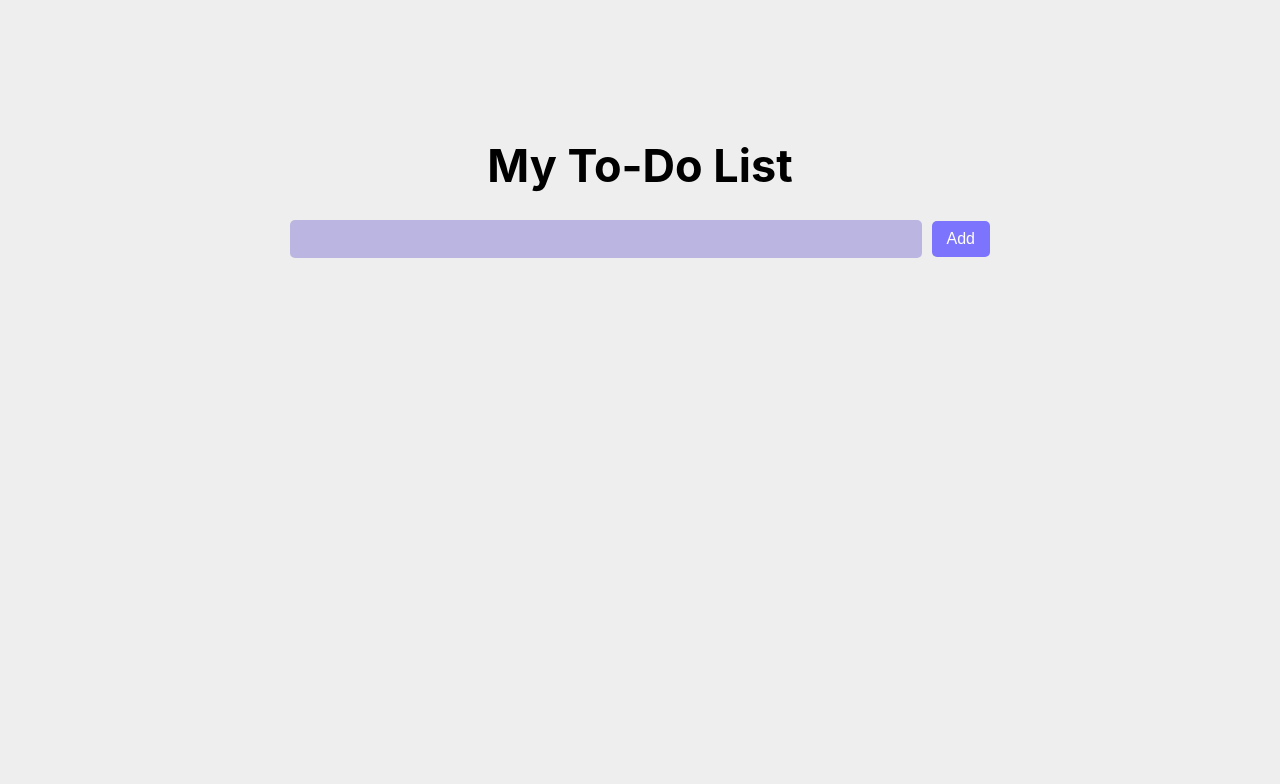
Repository: bianphang/todo-list_vanilla-js
Page: index.html
The author's editor kept a copy of each file at every save. The page is drawn from the files as they stood at one save, then again after the next save.
The browser window is 1280 px wide. The pictures show the whole page.

Above is the page before, as saved 2024-06-10 15:11:43.

### index.html
<!DOCTYPE html>
<html lang="en">
  <head>
    <meta charset="UTF-8" />
    <meta name="viewport" content="width=device-width, initial-scale=1.0" />
    <title>Todo List</title>
    <link rel="stylesheet" href="styles.css" />
  </head>
  <body>
    <div class="container">
      <h1 class="title">My To-Do List</h1>
      <form class="form" id="addForm">
        <input class="input" id="addInput" type="text" />
        <button class="btn">Add</button>
      </form>
      <ul class="todo-list" id="todoList"></ul>
    </div>
    <script src="script.js"></script>
  </body>
</html>

### styles.css
body {
  font-family: Inter, system-ui, Avenir, Helvetica, Arial, sans-serif;
  line-height: 1.5;
  font-weight: 400;

  color-scheme: light dark;
  color: #000;
  background-color: #eeeeee;
  max-width: 1280px;
  min-height: 100vh;
  margin: 0 auto;
  padding: 2rem;
  text-align: center;
}

.container {
  max-width: 700px;
  padding: 20px;
  position: relative;
  top: 50px;
  left: 50%;
  transform: translate(-50%, 0);
}

.title {
  font-size: 45px;
  text-align: center;
  margin-bottom: 20px;
}

.todo-list {
  min-height: 200px;
  list-style: none;
  padding: 0;
  margin-top: 50px;
}

.todo-item {
  display: flex;
  justify-content: space-between;
  align-items: center;

  max-width: 100%;
  padding: 10px;
  margin-bottom: 10px;
  font-size: 16px;
  border-radius: 10px;
  border: 2px solid #6c63ff;
  background-color: rgba(108, 99, 205, 0.4);
}

.todo-item .todo-label {
  flex: 1;
  font-size: 20px;
  text-align: left;
  color: black;
}

.todo-item .todo-action {
  display: flex;
  gap: 10px;
}

.form {
  width: 100%;
  display: flex;
  align-items: center;
  gap: 10px;
}

.input {
  background-color: rgba(108, 99, 205, 0.4);
  color: #000;
  flex: 1;
  padding: 10px;
  font-size: 16px;
  border-radius: 5px;
  border: none;
}

.btn {
  height: 36px;
  padding: 0 15px;
  font-size: 16px;
  color: #fff;
  background-color: #7c74fd;
  border-radius: 5px;
  border: none;
  cursor: pointer;
}

.btn:hover {
  opacity: 0.7;
}

.btn.btn-edit {
  background-color: #d3c11f;
}

.btn.btn-delete {
  background-color: #bf1627;
}

.btn.btn-done {
  background-color: #09a72e;
}

.todo-item.done {
  background-color: #585858;
}

.todo-item.done .todo-label {
  text-decoration: line-through;
  color: #fff;
}

.todo-item.done .btn-done {
  background-color: #d3c11f;
}

### script.js
let todos = [];

/*--- HANDLE ADD FORM ---*/
const addInputNode = document.getElementById('addInput');
const addFormNode = document.getElementById('addForm');
addFormNode.addEventListener('submit', (event) => {
  event.preventDefault();
  if (addInputNode.value) {
    addTodo(addInputNode.value);
    addInputNode.value = '';
  }
});

function addTodo(addedValue) {
  const newTodo = {
    id: Date.now(),
    label: addedValue,
    isDone: false,
  };
  todos.unshift(newTodo);
  renderTodos();
}
/*-----------------------*/

/*--- HANDLE RENDER TODO-ITEMS ---*/
function renderTodos() {
  // create todo list node
  const todoListNode = document.getElementById('todoList');
  todoListNode.innerHTML = '';

  // loop through "todos" array to handle render todo-items
  todos.forEach((todo) => {
    // this is todo-item's keys
    const { id, label, isDone, isEditting } = todo || {};

    // todoItemNode: wrap toto-item content
    const todoItemNode = document.createElement('li');
    todoItemNode.className = `todo-item ${isDone ? 'done' : ''}`;
    todoItemNode.id = id;

    // labelNode: render todo-item label
    const labelNode = document.createElement('span');
    labelNode.className = 'todo-label';
    labelNode.innerText = label;

    // actionNode: wrap todo-item actions
    const actionNode = document.createElement('div');
    actionNode.className = 'todo-action';

    // deleteBtnNode: button handle delete action
    const deleteBtnNode = document.createElement('button');
    deleteBtnNode.className = 'btn btn-delete';
    deleteBtnNode.innerText = 'Delete';
    deleteBtnNode.addEventListener('click', (event) => {
      event.preventDefault();
      deleteTodo(id);
    });

    // editBtnNode: button handle edit action
    const editBtnNode = document.createElement('button');
    editBtnNode.className = 'btn btn-edit';
    editBtnNode.innerText = 'Edit';
    editBtnNode.addEventListener('click', (event) => {
      event.preventDefault();
      toggleEditView(id);
    });

    // doneBtnNode: button handle done action
    const doneBtnNode = document.createElement('button');
    doneBtnNode.className = 'btn btn-done';
    doneBtnNode.innerText = isDone ? 'Undone' : 'Done';
    doneBtnNode.addEventListener('click', (event) => {
      event.preventDefault();
      updateTodoStatus(id);
    });

    // editInputNode: input handle get user edited-label
    const editInputNode = document.createElement('input');
    editInputNode.className = 'input editInput';
    editInputNode.value = label;

    // saveBtnNode: button handle save user edited-label
    const saveBtnNode = document.createElement('button');
    saveBtnNode.className = 'btn';
    saveBtnNode.innerText = 'Save';

    // editFormNode: form cover & handle submit edited-label
    const editFormNode = document.createElement('form');
    editFormNode.className = 'form editForm';
    editFormNode.addEventListener('submit', (event) => {
      event.preventDefault();
      if (editInputNode.value) {
        updateTodoLabel(id, editInputNode.value);
        toggleEditView(id);
        editInputNode.value = '';
      }
    });

    // if "isEditting" true, render edit view with editFormNode
    if (isEditting) {
      editFormNode.appendChild(editInputNode);
      editFormNode.appendChild(saveBtnNode);

      todoItemNode.appendChild(editFormNode);
    }
    // if "isEditting" false, render info view with labelNode & actionNode
    else {
      actionNode.appendChild(deleteBtnNode);
      !isDone && actionNode.appendChild(editBtnNode);
      actionNode.appendChild(doneBtnNode);

      todoItemNode.appendChild(labelNode);
      todoItemNode.appendChild(actionNode);
    }

    // add this todoItemNode into todoListNode
    todoListNode.appendChild(todoItemNode);
  });
}
/*-----------------------*/

/*--- FUNCTIONS ---*/
/**
 * handle delete todo item by id
 * @param {*} id
 */
function deleteTodo(id) {
  todos = todos.filter((todo) => todo.id !== id);
  renderTodos();
}

/**
 * handle update todo item's status
 * @param {*} id
 */
function updateTodoStatus(id) {
  todos = todos.map((todo) =>
    todo.id === id ? { ...todo, isDone: !todo.isDone } : todo
  );
  renderTodos();
}

/**
 * handle toggle todo item's edit view
 * @param {*} id
 */
function toggleEditView(id) {
  todos = todos.map((todo) =>
    todo.id === id ? { ...todo, isEditting: !todo.isEditting } : todo
  );
  renderTodos();
}

/**
 * handle update todo item's label
 * @param {*} id
 * @param {*} editedLabel
 */
function updateTodoLabel(id, editedLabel) {
  todos = todos.map((todo) =>
    todo.id === id ? { ...todo, label: editedLabel } : todo
  );
  renderTodos();
}

After the next save:
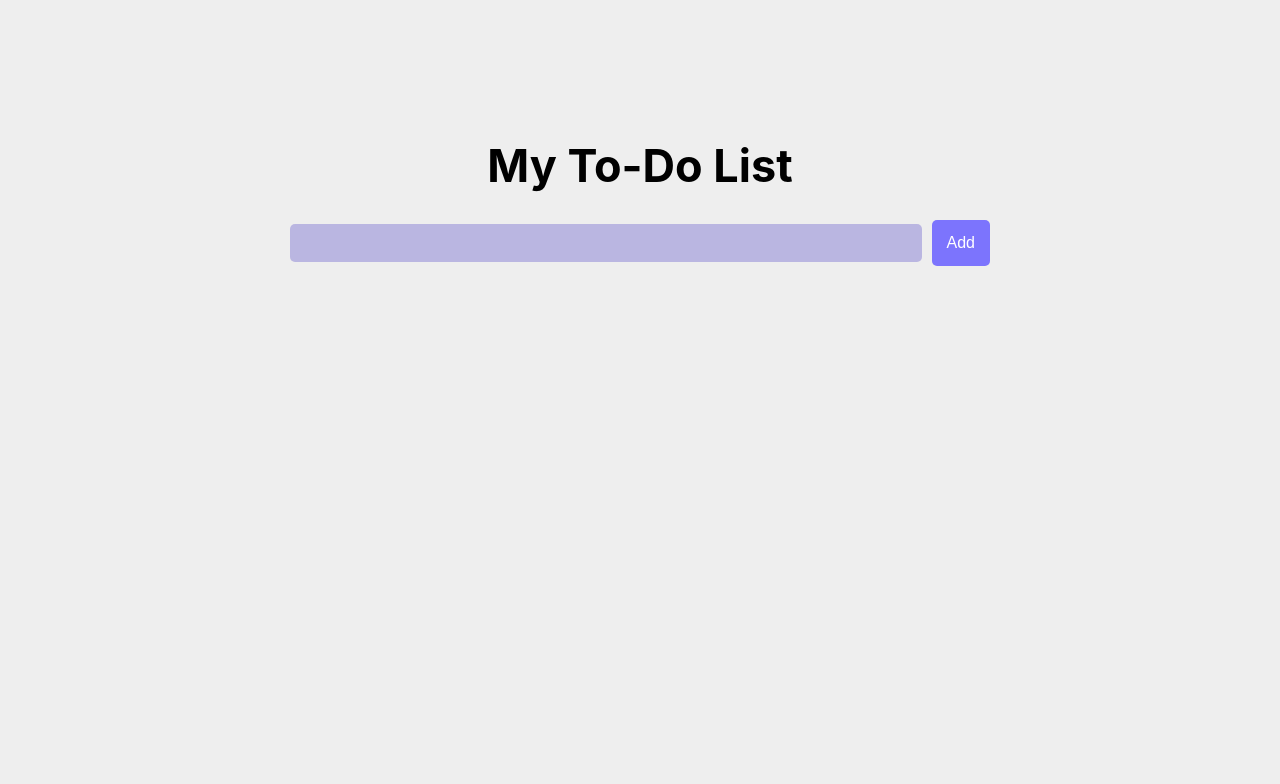
Saved 10 s later.
--- a/styles.css
+++ b/styles.css
@@ -79,7 +79,7 @@ body {
 }
 
 .btn {
-  height: 36px;
+  height: 46px;
   padding: 0 15px;
   font-size: 16px;
   color: #fff;
